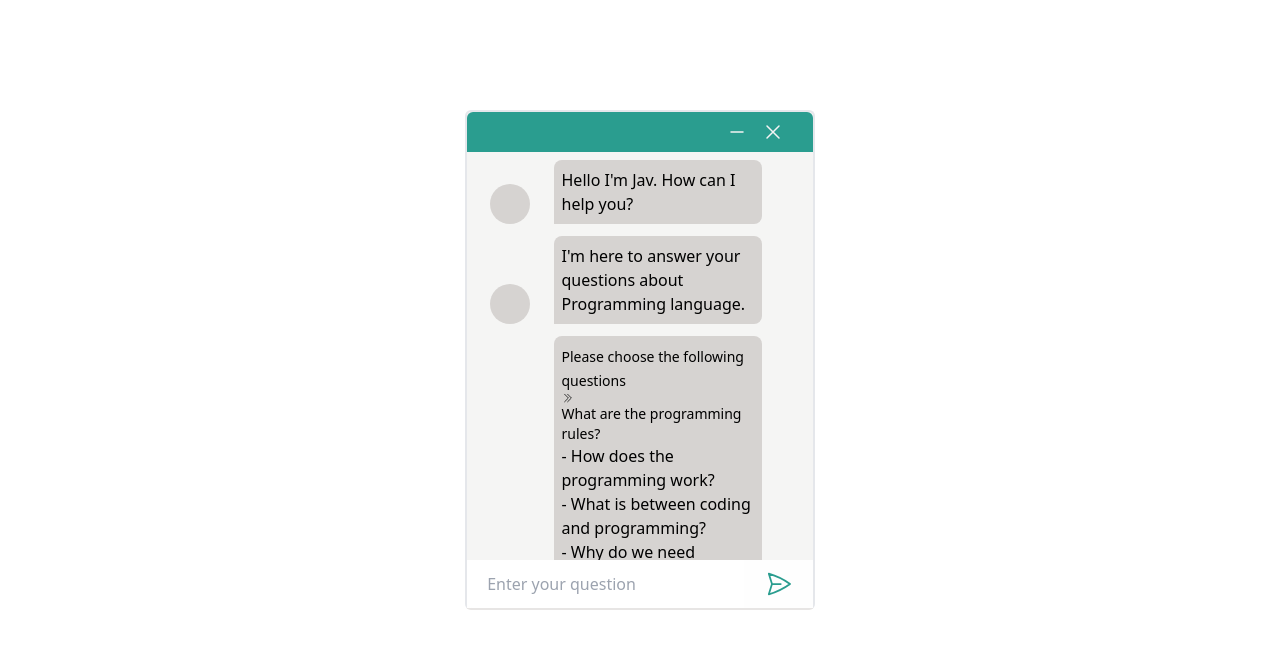
Repository: hsumyatm7308/Chatbot
Page: index.html
The author's editor kept a copy of each file at every save. The page is drawn from the files as they stood at one save, then again after the next save.
The browser window is 1280 px wide. The pictures show the whole page.
Some web libraries are served in a nearby version.

Above is the page before, as saved 2023-07-09 12:42:08.

### index.html
<!DOCTYPE html>
<html>

<head>
    <title>Chat Bot</title>
    <script src="https://cdn.tailwindcss.com"></script>
</head>

<body class="bg-[#fffff]">

    <div class="w-screen h-screen flex justify-center items-center   container">
        <div class="w-[350px] h-[500px] bg-[#f4f4f4] border-2 border-b-stone-200 rounded-md relative chatbot-container">
            <div
                class="w-full h-10 text-[#f4f4f4] bg-[#2a9d8f] rounded-tl-md rounded-tr-md flex justify-end items-center">
                <svg xmlns="http://www.w3.org/2000/svg" fill="none" viewBox="0 0 24 24" stroke-width="1.5"
                    stroke="currentColor" class="w-6 h-6 mr-3">
                    <path stroke-linecap="round" stroke-linejoin="round" d="M18 12H6" />
                </svg>

                <svg xmlns="http://www.w3.org/2000/svg" fill="none" viewBox="0 0 24 24" stroke-width="1.5"
                    stroke="currentColor" class="w-6 h-6 mr-7">
                    <path stroke-linecap="round" stroke-linejoin="round" d="M6 18L18 6M6 6l12 12" />
                </svg>

            </div>

            <div class="w-full h-[410px] bg-stone-100 overflow-y-scroll">
                <div class="w-full grid grid-cols-4 flex profile-side mt-2 mb-3">
                    <div class="w-full h-auto flex justify-center items-end">
                        <div class="w-10 h-10 rounded-full bg-stone-300">

                        </div>
                    </div>
                    <div class=" col-span-3">
                        <div class="w-full h-auto ">
                            <div class="w-52 h-full bg-stone-300 rounded-lg rounded-bl-none p-2">
                                <span>Hello I'm Jav. How can I help you?</span>
                            </div>
                        </div>
                    </div>
                </div>


                <div class="w-full grid grid-cols-4 flex profile-side mt-2 mb-3">
                    <div class="w-full h-auto flex justify-center items-end">
                        <div class="w-10 h-10 rounded-full bg-stone-300">

                        </div>
                    </div>
                    <div class=" col-span-3">
                        <div class="w-full h-auto ">
                            <div class="w-52 h-full bg-stone-300 rounded-lg rounded-bl-none p-2">
                                <span class="">I'm here to answer your questions about Programming language.</span>
                            </div>
                        </div>
                    </div>
                </div>



                <div class="w-full grid grid-cols-4 flex profile-side mt-2 mb-3">
                    <div class="w-full h-auto flex justify-center items-end">
                        <div class="w-10 h-10 rounded-full bg-stone-300">

                        </div>
                    </div>
                    <div class=" col-span-3">
                        <div class="w-full h-auto ">
                            <div class="w-52 h-full bg-stone-300 rounded-lg rounded-bl-none p-2">
                                <span>
                                    <span class="text-sm">Please choose the following questions</span>
                                    <ul class="">
                                        <li class="text-md flex"><a href="" class="text-sm"><svg xmlns="http://www.w3.org/2000/svg"
                                                    fill="none" viewBox="0 0 24 24" stroke-width="1.5"
                                                    stroke="currentColor" class="w-3 h-3">
                                                    <path stroke-linecap="round" stroke-linejoin="round"
                                                        d="M11.25 4.5l7.5 7.5-7.5 7.5m-6-15l7.5 7.5-7.5 7.5" />
                                                </svg>
                                                What are the programming rules?</a></li>
                                        <li class="text-md"><a href="">- How does the programming work?</a></li>
                                        <li class="text-md"><a href="">- What is between coding and programming?</a>
                                        </li>
                                        <li class="text-md"><a href="">- Why do we need programming?</a></li>
                                        <li class="text-md"><a href="">- Why is coding important?</a></li>
                                    </ul>
                                </span>
                            </div>
                        </div>
                    </div>
                </div>


                <!-- from cus -->
                <div class="w-full  flex justify-end  profile-side mt-2 mb-3">
                    <div>
                        <div class="w-full h-auto  flex justify-end">
                            <div class="w-52 h-full bg-stone-300 rounded-lg rounded-br-none  p-2">
                                <span>I'm here to answer your questions about Programming language.</span>
                            </div>
                        </div>
                    </div>



                </div>

            </div>




            <div class="w-full h-12 bg-red-100 absolute bottom-0 z-10">
                <form action="" class="w-full h-12 bg-[#fefefe] flex justify-between items-center">
                    <input type="text" class="w-[80%] h-full  rounded-bl-md p-4" placeholder=" Enter your question">

                    <button type="submit" class="mr-5">
                        <svg xmlns="http://www.w3.org/2000/svg" fill="none" viewBox="0 0 24 24" stroke-width="1.5"
                            stroke="currentColor" class="w-7 h-7 text-[#2a9d8f]">
                            <path stroke-linecap="round" stroke-linejoin="round"
                                d="M6 12L3.269 3.126A59.768 59.768 0 0121.485 12 59.77 59.77 0 013.27 20.876L5.999 12zm0 0h7.5" />
                        </svg>

                    </button>
                </form>
            </div>


        </div>


    </div>


</body>

</html>

After the next save:
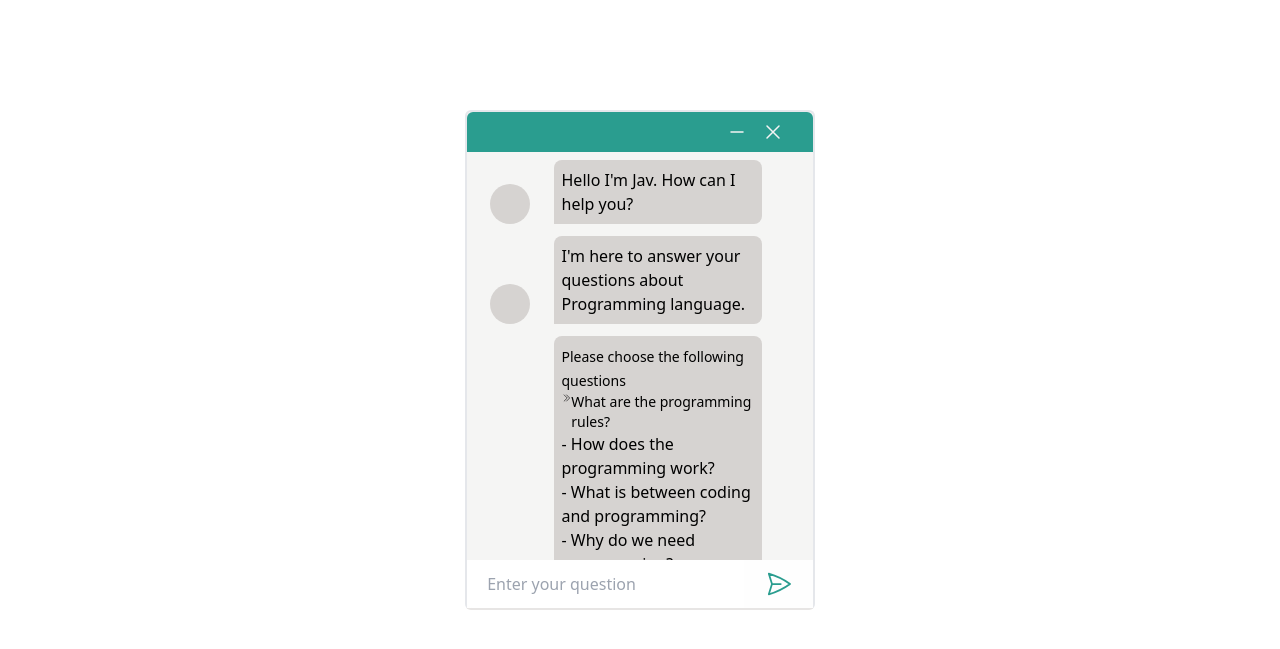
Saved 7 s later.
--- a/index.html
+++ b/index.html
@@ -70,7 +70,7 @@
                                 <span>
                                     <span class="text-sm">Please choose the following questions</span>
                                     <ul class="">
-                                        <li class="text-md flex"><a href="" class="text-sm"><svg xmlns="http://www.w3.org/2000/svg"
+                                        <li class="text-md flex"><a href="" class="text-sm flex"><svg xmlns="http://www.w3.org/2000/svg"
                                                     fill="none" viewBox="0 0 24 24" stroke-width="1.5"
                                                     stroke="currentColor" class="w-3 h-3">
                                                     <path stroke-linecap="round" stroke-linejoin="round"
